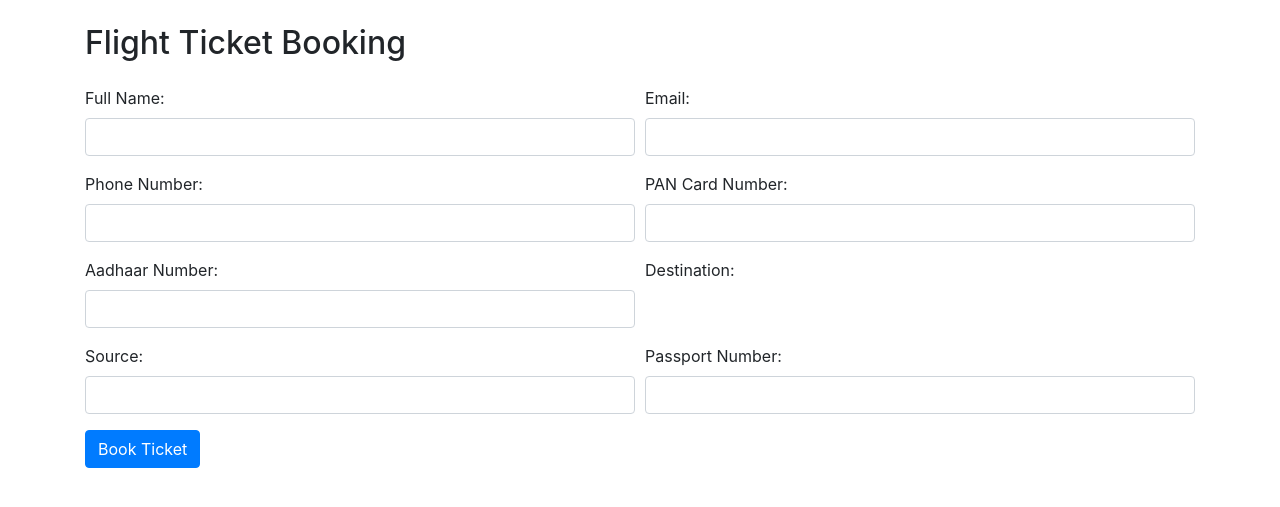
Repository: Hari-mani-don/JavaDynamicProjectWorkspace
Page: http://localhost/Airline/ticketBookingPage.jsp
An editor plug-in stored every save of this project. The page is shown before and after the next save, followed by the edit.
The browser window is 1280 px wide. The pictures show the whole page.
The page is served by Tomcat 9.

Above is the page before, as saved 2024-05-15 22:43:22.

After the next save:
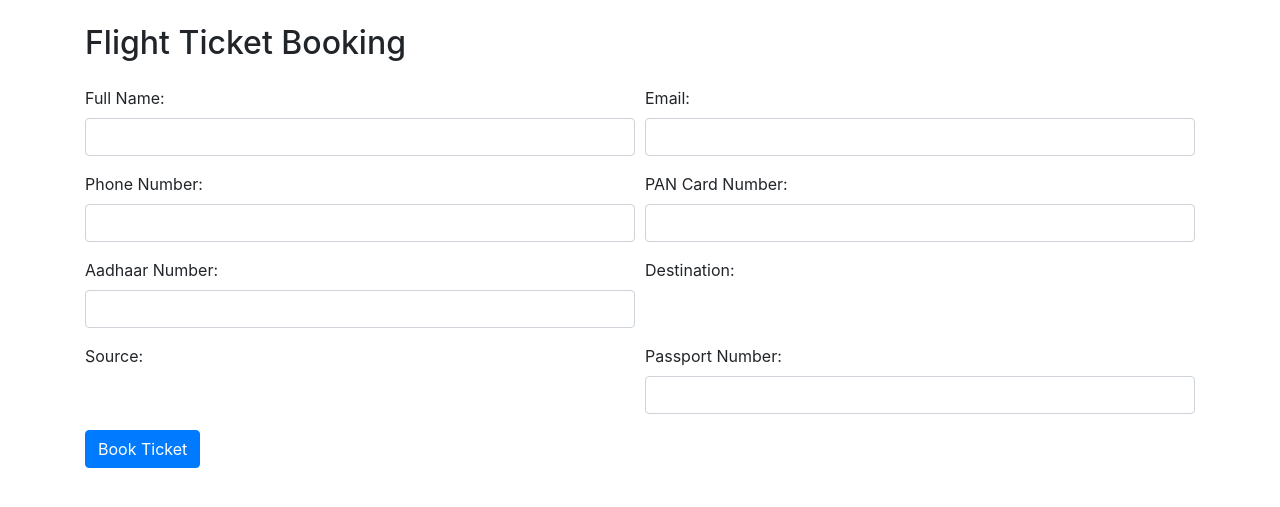
Saved 9 s later.
--- a/Airline/src/main/webapp/ticketBookingPage.jsp
+++ b/Airline/src/main/webapp/ticketBookingPage.jsp
@@ -57,7 +57,7 @@ String time = request.getParameter("time");
 			</div>
 			<div class="form-row">
 				<div class="form-group col-md-6">
-					<label for="source">Source:</label> <input type="text"
+					<label for="source">Source:</label> <input type="hidden"
 						class="form-control" id="source" name="source" required>
 				</div>
 				<div class="form-group col-md-6">
